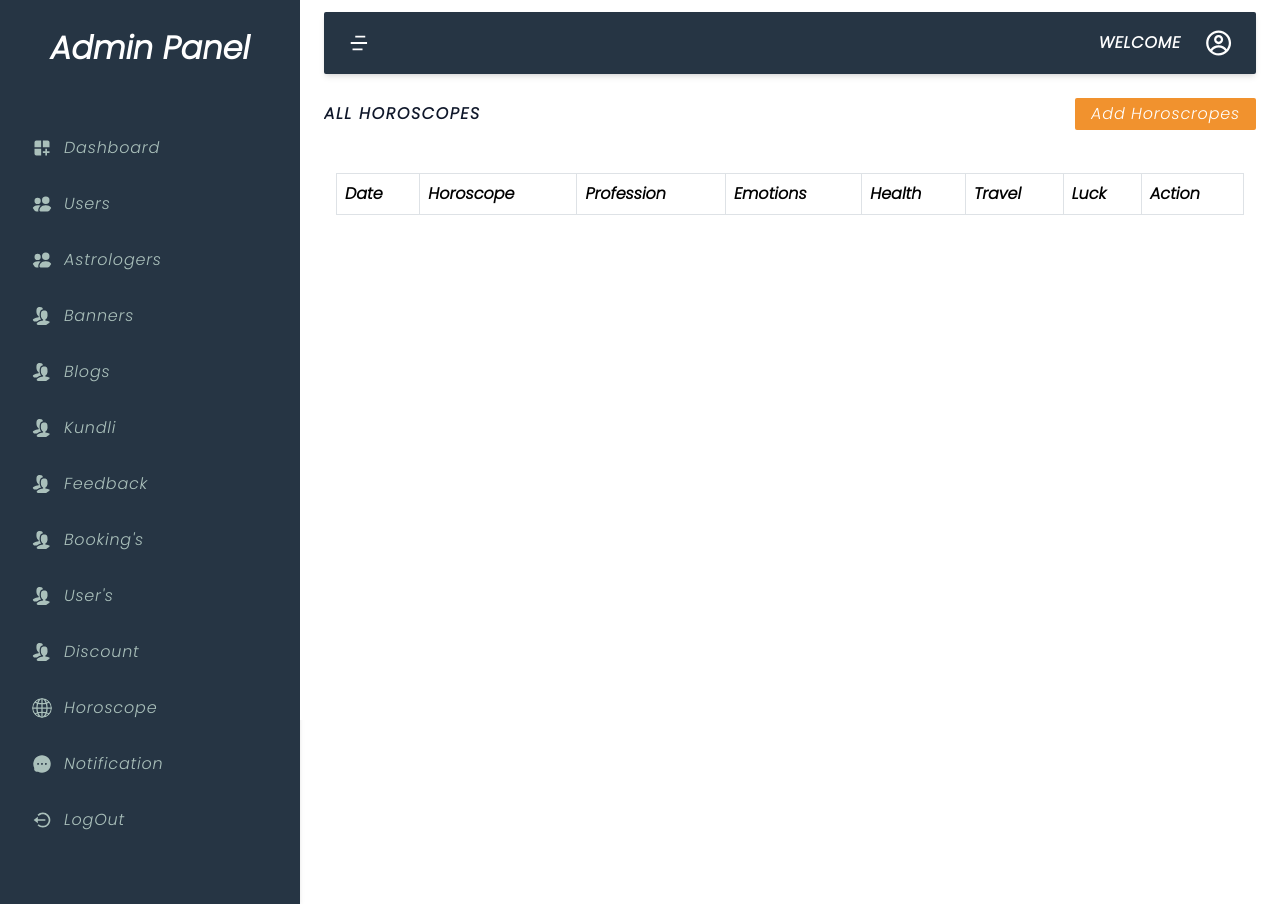
Repository: FlyweisReact/Hariom-Admin-Panel
Page: /horo
An editor plug-in stored every save of this project. The page is shown before and after a run of saves, followed by the edit.
The browser window is 1280 px wide. The pictures show the whole page.
Some web libraries are served in a nearby version. The project was rebuilt for these pictures with package versions that can differ from the ones it lists, and the page was loaded fresh each time. Also part of the build but not shown: src/vendorPanel/forms/VendorLogin.jsx, src/vendorPanel/pages/AdminDiscount.js, src/vendorPanel/pages/AdminReview.js, src/vendorPanel/pages/Astrologers.js, src/vendorPanel/pages/Banners.js, src/vendorPanel/pages/Booking.js, src/vendorPanel/pages/Kundli.js, src/vendorPanel/pages/Message.js and 6 more.

Above is the page before, as saved 2023-04-15 15:32:57.

### public/index.html
<!-- @format -->

<!DOCTYPE html>
<html lang="en">
  <head>
    <meta charset="utf-8" />
    <meta name="viewport" content="width=device-width, initial-scale=1" />
    <meta name="theme-color" content="#000000" />
    <meta
      name="description"
      content="Web site created using create-react-app"
    />
    <link rel="apple-touch-icon" href="%PUBLIC_URL%/favicon.ico?v=2" />
    <link rel="manifest" href="%PUBLIC_URL%/manifest.json" />
    <link rel="preconnect" href="https://fonts.googleapis.com">
<link rel="preconnect" href="https://fonts.gstatic.com" crossorigin>
<link href="https://fonts.googleapis.com/css2?family=Roboto+Mono:ital,wght@1,300&display=swap" rel="stylesheet">
    <title>HariOm</title>
  </head>
  <body>
    <noscript>You need to enable JavaScript to run this app.</noscript>
    <div id="root"></div>
    <script src="https://code.jquery.com/jquery-3.6.0.min.js"></script>
    <script src="https://kit.fontawesome.com/b533b351e4.js" crossorigin="anonymous"></script>
  </body>
</html>

### src/index.js
import React from "react";
import ReactDOM from "react-dom/client";
import "./index.css";
import App from "./App";
import { BrowserRouter } from "react-router-dom";
import 'bootstrap/dist/css/bootstrap.min.css'

const root = ReactDOM.createRoot(document.getElementById("root"));
root.render(
  <React.StrictMode>
    <BrowserRouter>
      <App />
    </BrowserRouter>
  </React.StrictMode>
);

### src/index.css
/** @format */

@tailwind base;
@tailwind components;
@tailwind utilities;
@import url("https://fonts.googleapis.com/css2?family=Roboto+Mono:ital,wght@1,300&display=swap");
@font-face {
  font-family: Roboto;
  src: url('./Fonts/Poppins-LightItalic.ttf');
}
body {
  margin: 0;
  font-family:Roboto !important;
  -webkit-font-smoothing: antialiased;
  -moz-osx-font-smoothing: grayscale;
}



code {
  font-family:Roboto !important;
}

html {
  font-family:Roboto !important;
}

::-webkit-scrollbar {
  width: 10px;
}
.fa-trash {
  color: red;
  cursor: pointer;
}

/* Track */
::-webkit-scrollbar-track {
  background: #f1f1f1;
}

/* Handle */
::-webkit-scrollbar-thumb {
  background: #888;
}

/* Handle on hover */
::-webkit-scrollbar-thumb:hover {
  background: #555;
}
.profileImage{
  width: 100px;
}
.fa-eye{
  color: #029aff;
  cursor: pointer;
}

.View{
  border:  1px solid black;
  width: 100%;
  padding: 10px;

}

.main-card--container {
  display: grid;
  grid-template-columns: repeat(3, minmax(300px, 500px));
  grid-gap: 50px;
  justify-content: space-around;
}
.card-container {
  margin: 25px 0 auto;
  box-shadow: rgba(0, 0, 0, 0.35) 0px 5px 15px;
  position: relative;
  display: grid;
  grid-template-columns: 1fr;
  justify-content: space-around;
  align-items: flex-start;
}

.myEdit:focus {
  box-shadow: rgba(0, 0, 0, 0.35) 0px 5px 15px;
}

### src/App.js
/** @format */

import { Routes, Route } from "react-router-dom";
import { ToastContainer } from "react-toastify";
import "react-toastify/dist/ReactToastify.css";
import VendorLogin from './vendorPanel/forms/VendorLogin'
import AdminDiscount from "./vendorPanel/pages/AdminDiscount";
import AdminReview from "./vendorPanel/pages/AdminReview";
import Astrologers from "./vendorPanel/pages/Astrologers";
import Banners from "./vendorPanel/pages/Banners";
import Booking from "./vendorPanel/pages/Booking";
import Horoscope from "./vendorPanel/pages/Horoscope";
import Kundli from "./vendorPanel/pages/Kundli";
import Message from "./vendorPanel/pages/Message";
import UploadDocs from "./vendorPanel/pages/UploadDocs";
import Users from "./vendorPanel/pages/Users";
import VendorDashboard from './vendorPanel/pages/VendorDashboard.jsx'
import AdminUsers from './vendorPanel/pages/AdminUsers'
import AdminBlogs from './vendorPanel/pages/AdminBlogs'
import AdminCategory from './vendorPanel/pages/AdminCategory'
// import AdminUsers from './vendorPanel/pages/AdminUsers'

function App() {
  return (
    <>
      <ToastContainer />

      <Routes>
        <Route path="/" element={<VendorLogin />} />
        <Route path="/vendorDashboard" element={<VendorDashboard />} />
        <Route path="/astro" element={<Astrologers />} />
        <Route path="/kundli" element={<Kundli />} />
        <Route path="/horo" element={<Horoscope />} />
        <Route path="/adminReviews" element={<AdminReview />} />
        <Route path="/uploadDocs" element={<UploadDocs />} />
        <Route path="/Banners" element={<Banners />} />
        <Route path="/AdminDiscount" element={<AdminDiscount />} />
        <Route path="/msg" element={<Message />} />
        <Route path="/book" element={<Booking />} />
        <Route path="/users" element={<Users />} />
        <Route path="/admin/users" element={<AdminUsers />} />
        <Route path='/admin/blogs' element={<AdminBlogs />} />
        <Route path="/admin/category" element={<AdminCategory />} />
      </Routes>
    </>
  );
}

export default App;

### src/vendorPanel/pages/Horoscope.js
/** @format */

import React from "react";
import HOC from "../layout/HOC";
import { Container, Table, Modal, Form, Button } from "react-bootstrap";

const Horoscope = () => {
  const [modalShow, setModalShow] = React.useState(false);

  function MyVerticallyCenteredModal(props) {

    return (
      <Modal
        {...props}
        size="lg"
        aria-labelledby="contained-modal-title-vcenter"
        centered
      >
        <Modal.Header closeButton>
          <Modal.Title id="contained-modal-title-vcenter">
            </Modal.Title>
        </Modal.Header>
        <Modal.Body>
          <Form>

            <Button variant="outline-success" type="submit">
              Submit
            </Button>
          </Form>
        </Modal.Body>
      </Modal>
    );
  }

  const Lorem = "In publishing and graphic design, Lorem ipsum is a placeholder text commonly used to demonstrate the visual form of a document or a typeface without relying on meaningful content. Lorem ipsum may be used as a placeholder before final copy is available  "

  return (
    <>
      <MyVerticallyCenteredModal
        show={modalShow}
        onHide={() => setModalShow(false)}
      />

      <section>
        <div className="pb-4 sticky top-0  w-full flex justify-between items-center bg-white">
          <span className="tracking-widest text-slate-900 font-semibold uppercase ">
            ALl Horoscopes
          </span>
          <button
            onClick={() => {
              setModalShow(true);
            }}
            className="md:py-2 px-3 md:px-4 py-1 rounded-sm bg-[rgb(241,146,46)] text-white tracking-wider"
          >
            Add Horoscropes
          </button>
        </div>

        <Container
          className="wcomp overflow-x-auto"
          style={{ marginTop: "2%" }}
        >
          <Table style={{ color: "black" }} striped bordered hover>
            <thead>
              <tr>
                <th>Date</th>
                <th>Horoscope</th>
                <th>Profession</th>
                <th>Emotions</th>
                <th>Health</th>
                <th>Travel</th>
                <th>Luck</th>

                <th>Action</th>
              </tr>
            </thead>
            <tbody style={{ color: "black" }}>

            </tbody>
          </Table>
        </Container>
      </section>
    </>
  );
};

export default HOC(Horoscope);

### src/vendorPanel/layout/HOC.jsx
import React, { useState } from "react";
import Navbar from "./Navbar";
import Sidebar from "./Sidebar";

const HOC = (Wcomponenet) => {
  return function Component() {
    const [hamb, setHamb] = useState(false);
    return (
      <>
        <section className="flex overflow-x-hidden relative">
          {/* Sidebar */}
          <div
            className={
              hamb
                ? " absolute top-0 z-30 md:w-auto shadow-md bg-slate-200  w-60 transition-all md:-left-full left duration-150  h-auto overflow-y-auto  left-0 "
                : " md:w-72 z-30 bg-slate-200  shadow-md  md:static absolute top-0 -left-full   transition-all duration-150  overflow-y-auto h-auto"
            }
            style={{minWidth : '300px'}}
          >
            <Sidebar hamb={hamb} setHamb={setHamb} />
          </div>
          {/* Components & Navbar */}
          <div
            className={
              hamb
                ? " transition-all px-4 py-2  bg-white duration-150 w-full h-screen"
                : " w-full h-screen  px-4 py-2  bg-white z-50 transition-all duration-150 "
            }
          >
            <Navbar hamb={hamb} setHamb={setHamb} />
            <div className="my-6 text-#000 h-[87%] wcomp overflow-y-auto">
              <Wcomponenet />
            </div>
          </div>
        </section>
      </>
    );
  };
};

export default HOC;

### src/vendorPanel/layout/Navbar.jsx
/** @format */

import { RiMenu4Line } from "react-icons/ri";
import { CgProfile } from "react-icons/cg";
import Form from "react-bootstrap/Form";
import { useState } from "react";
import Button from "react-bootstrap/Button";
import Modal from "react-bootstrap/Modal";
import Container from "react-bootstrap/Container";

function MyVerticallyCenteredModal(props) {
  return (
    <Modal
      {...props}
      size="lg"
      aria-labelledby="contained-modal-title-vcenter"
      centered
    >
      <Modal.Header closeButton>
        <Modal.Title id="contained-modal-title-vcenter">
          Edit Profile
        </Modal.Title>
      </Modal.Header>
      <Modal.Body>
        <Container style={{ width: "600px" }}>
          <Form>
            <Form.Group className="mb-3" controlId="formBasicEmail">
              <Form.Label>Name</Form.Label>
              <Form.Control type="text" placeholder="Admin" />
            </Form.Group>
            <Form.Group className="mb-3" controlId="formBasicPassword">
              <Form.Label>Email Address</Form.Label>
              <Form.Control type="email" placeholder="admin@gmail.com" />
            </Form.Group>
            <Form.Group className="mb-3" controlId="formBasicPassword">
              <Form.Label>Password</Form.Label>
              <Form.Control type="password" placeholder="Password" />
            </Form.Group>
            <Button variant="outline-success" type="submit">
              Edit
            </Button>
          </Form>
        </Container>
      </Modal.Body>
    </Modal>
  );
}

const Navbar = ({ hamb, setHamb }) => {
  const [modalShow, setModalShow] = useState(false);

  return (
    <>
      <MyVerticallyCenteredModal
        show={modalShow}
        onHide={() => setModalShow(false)}
      />

      <div
        className={
          hamb
            ? "flex  w-full justify-between  my-1 rounded-sm  p-4 py-3 shadow-md items-center  bg-slate-200 space-x-4"
            : "flex  w-full justify-between my-1 rounded-sm  p-4 py-3 shadow-md items-center  bg-slate-200 space-x-4"
        }
        style={{backgroundColor : '#263544'}}
      >
        <RiMenu4Line
          onClick={() => setHamb(!hamb)}
          className="text-2xl font-bold text-gray-900 hover:scale-90 cursor-pointer"
          style={{color : '#fff'}}
        />

        <section className="flex sm:ml-auto justify-end sm:w-full items-center space-x-2  pr-2">
          <figcaption className="tracking-wider pl-1 font-semibold">
            <div className="lg:text-base text-sm text-gray-900  uppercase"    style={{color : '#fff'}}>
              Welcome
            </div>
          </figcaption>
        </section>

        <CgProfile
          onClick={() => setModalShow(true)}
          className="text-2xl sm:text-3xl font-bold text-[rgb(241,146,46)] cursor-pointer"
          style={{color : '#fff'}}
        />
      </div>
    </>
  );
};

export default Navbar;

### src/vendorPanel/layout/Sidebar.jsx
/** @format */

import React from "react";
import { RiCloseLine } from "react-icons/ri";
import { Link, useNavigate } from "react-router-dom";
import { BsFillPeopleFill } from "react-icons/bs";
import { ImUsers } from "react-icons/im";
import { BiLogOutCircle } from "react-icons/bi";
import { MdDashboardCustomize } from "react-icons/md";
import { BsGlobe2 } from "react-icons/bs";
import { AiFillMessage } from "react-icons/ai";

const Sidebar = ({ hamb, setHamb }) => {
  const navigate = useNavigate();

  const nav = [
    {
      icon: <MdDashboardCustomize className="text-xl mr-3 rounded-full " />,
      link: "/vendorDashboard",
      name: "Dashboard",
    },
    {
      icon: <BsFillPeopleFill className="text-xl mr-3 rounded-full " />,
      link: "/admin/users",
      name: "Users",
    },
    {
      icon: <BsFillPeopleFill className="text-xl mr-3 rounded-full " />,
      link: "/astro",
      name: "Astrologers",
    },
    {
      icon: <ImUsers className="text-xl mr-3 rounded-full " />,
      link: "/Banners",
      name: "Banners",
    },
    {
      icon: <ImUsers className="text-xl mr-3 rounded-full " />,
      link: "/admin/blogs",
      name: "Blogs",
    },
    {
      icon: <ImUsers className="text-xl mr-3 rounded-full " />,
      link: "/kundli",
      name: "Kundli",
    },
    {
      icon: <ImUsers className="text-xl mr-3 rounded-full " />,
      link: "/adminReviews",
      name: "Feedback",
    },
    {
      icon: <ImUsers className="text-xl mr-3 rounded-full " />,
      link: "/book",
      name: "Booking's",
    },
    {
      icon: <ImUsers className="text-xl mr-3 rounded-full " />,
      link: "/users",
      name: "User's",
    },

    {
      icon: <ImUsers className="text-xl mr-3 rounded-full " />,
      link: "/AdminDiscount",
      name: "Discount",
    },
    {
      icon: <BsGlobe2 className="text-xl mr-3 rounded-full " />,
      link: "/horo",
      name: "Horoscope",
    },
    {
      icon: <AiFillMessage className="text-xl mr-3 rounded-full " />,
      link: "/msg",
      name: "Notification",
    },
  ];

  const logOut = () => {
    localStorage.removeItem("AdminToken");
    navigate("/");
  };

  return (
    <>
      <aside
        className="p-4 h-auto"
        style={{ backgroundColor: "#263544", minHeight: "100vh" }}
      >
        {/* Top */}
        <div className="w-full md:hidden relative  p-2 mb-4">
          <RiCloseLine
            onClick={() => setHamb(!hamb)}
            className="text-3xl  absolute top-2 sm:hover:rotate-[228deg] transition-transform font-bold right-2 sm:hover:text-[22px] text-[rgb(241,146,46)] cursor-pointer"
          />
        </div>{" "}
        <figure className="flex  flex-col items-center">
          <span className="font-bold text-[#fff]" style={{ fontSize: "2rem" }}>
            Admin Panel
          </span>
        </figure>
        <nav className="py-6">
          {nav.map((nav) => {
            return (
              <Link
                to={nav.link}
                key={nav.name}
                className=""
                style={{ textDecoration: "none" }}
              >
                <span
                  className="flex my-3 items-center cursor-pointer text-gray-900    tracking-wider p-2 rounded-sm"
                  style={{ color: "#aac0bb" }}
                >
                  {nav.icon} {nav.name}
                </span>
              </Link>
            );
          })}
          <span
            className="flex my-3 items-center cursor-pointer text-gray-900    tracking-wider p-2 rounded-sm"
            onClick={() => logOut()}
            style={{ color: "#aac0bb" }}
          >
            <BiLogOutCircle className="text-xl mr-3 rounded-full " /> LogOut
          </span>
        </nav>
      </aside>
    </>
  );
};

export default Sidebar;

Loaded but not shown: tailwind.config.js (common file)

After the next 4 saves:
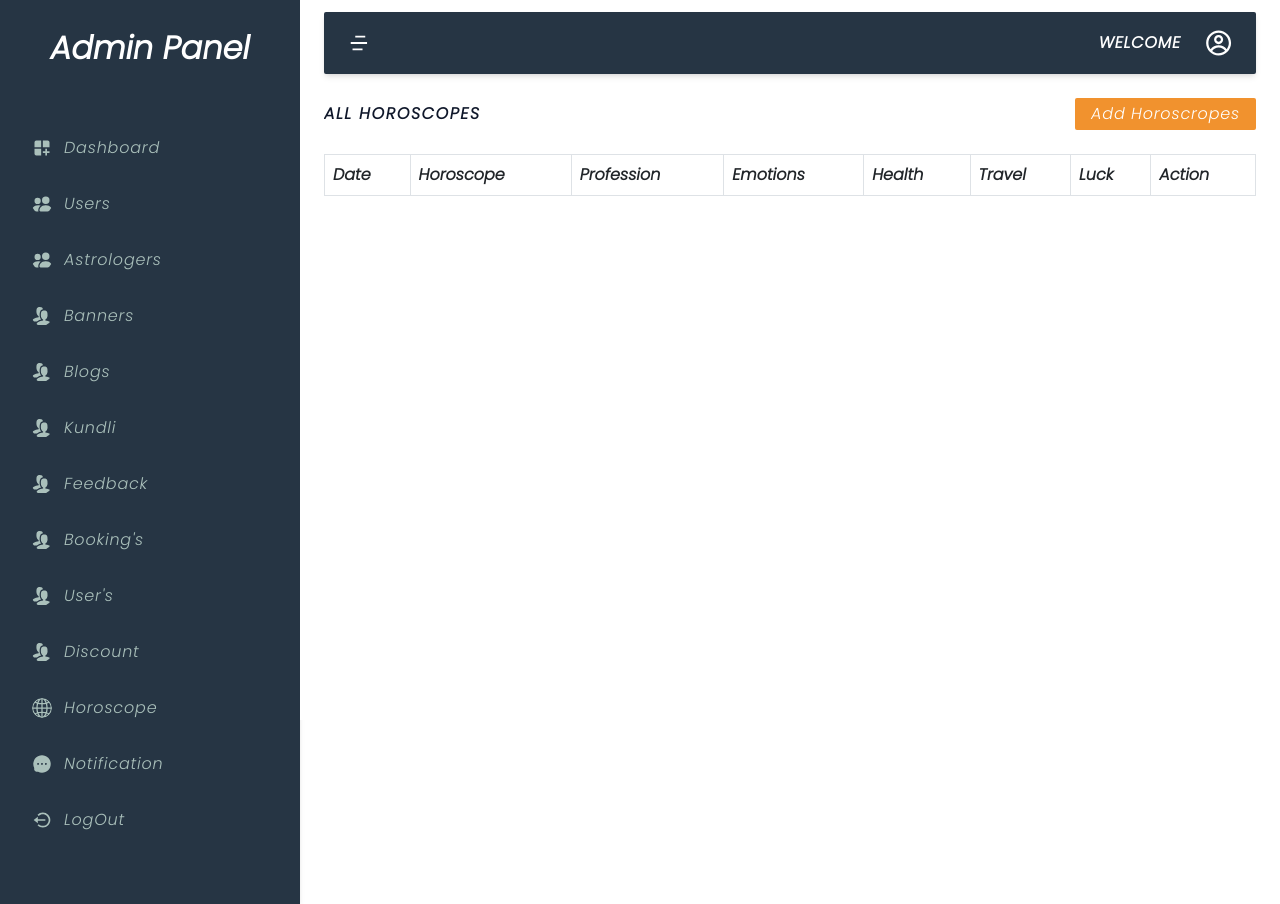
The 4 saves are shown as one change because they came seconds apart.
The last was saved 17 s later.
--- a/src/vendorPanel/pages/Horoscope.js
+++ b/src/vendorPanel/pages/Horoscope.js
@@ -56,11 +56,8 @@ const Horoscope = () => {
           </button>
         </div>
 
-        <Container
-          className="wcomp overflow-x-auto"
-          style={{ marginTop: "2%" }}
-        >
-          <Table style={{ color: "black" }} striped bordered hover>
+
+          <Table  striped bordered hover>
             <thead>
               <tr>
                 <th>Date</th>
@@ -74,11 +71,10 @@ const Horoscope = () => {
                 <th>Action</th>
               </tr>
             </thead>
-            <tbody style={{ color: "black" }}>
+            <tbody>
 
             </tbody>
           </Table>
-        </Container>
       </section>
     </>
   );
